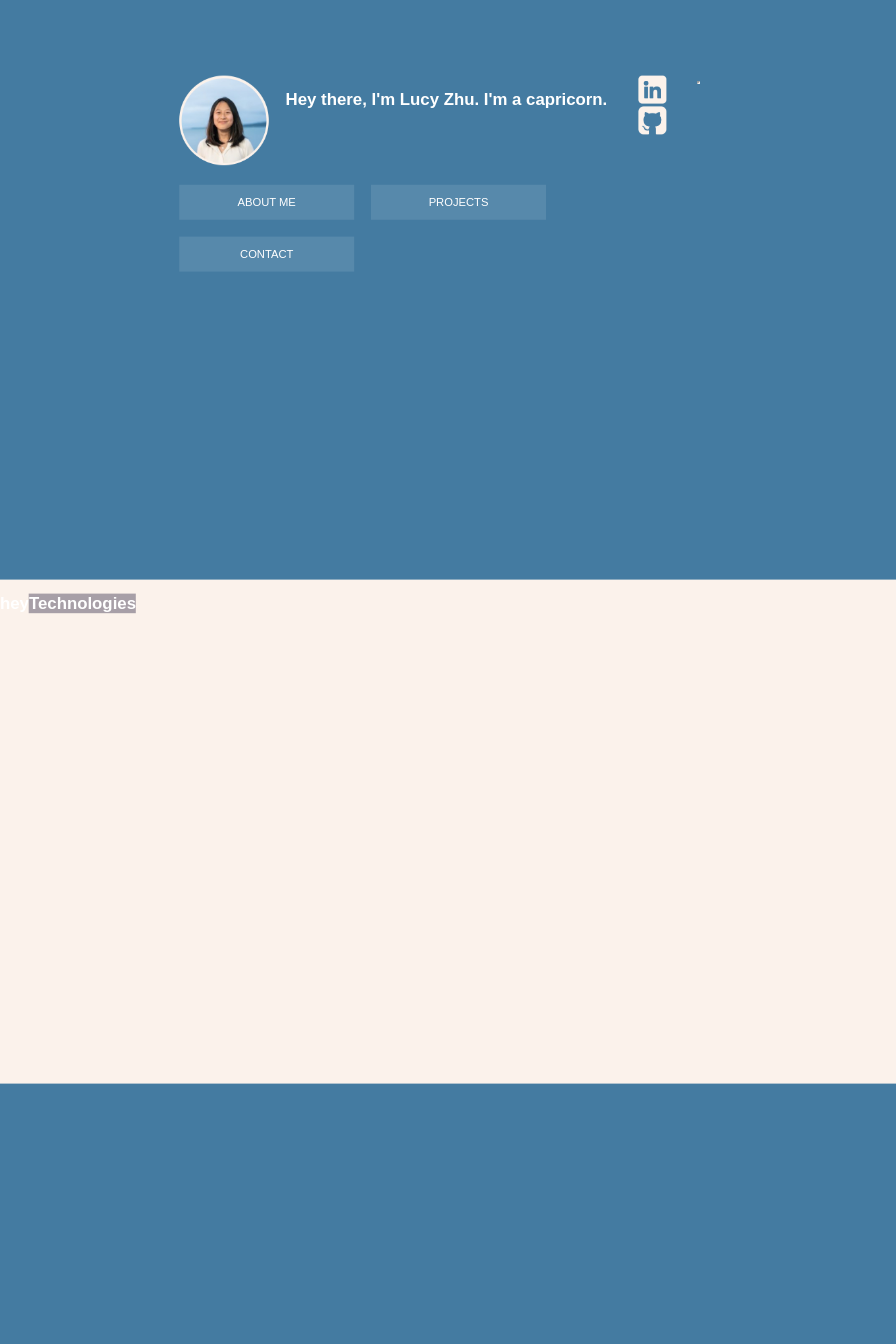
Repository: lukisoo/lukisoo-portfolio
Page: /
An editor plug-in stored every save of this project. The page is shown before and after the next save, followed by the edit.
The browser window is 1280 px wide. The pictures show the part of the page from y = 0 to 1920 px (the page is 2988 px tall), at 70% of full size.
The project was rebuilt for these pictures with package versions that can differ from the ones it lists, and the page was loaded fresh each time.

Above is the page before, as saved 2022-07-31 06:38:50.

After the next save:
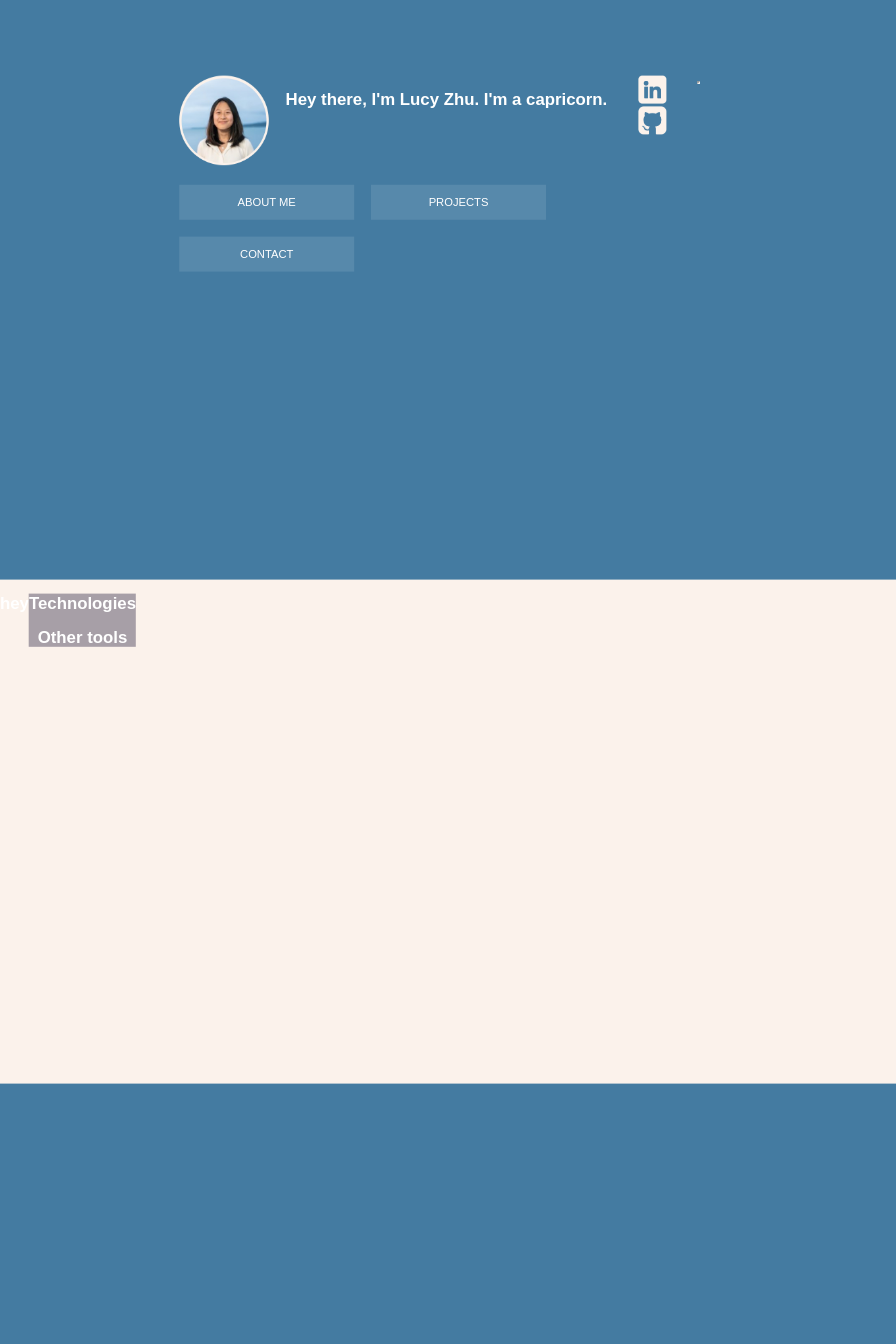
Saved 6 s later.
--- a/src/App.js
+++ b/src/App.js
@@ -85,6 +85,7 @@ function App() {
             <Grid item xs={12} md={8}>
               <div className="about-me-right">
               <h2>Technologies</h2>
+              <h2>Other tools</h2>
                 {/* <Grid container spacing={2}>
                   <Grid item xs={6} md={8}>
                     <p>hey</p>
